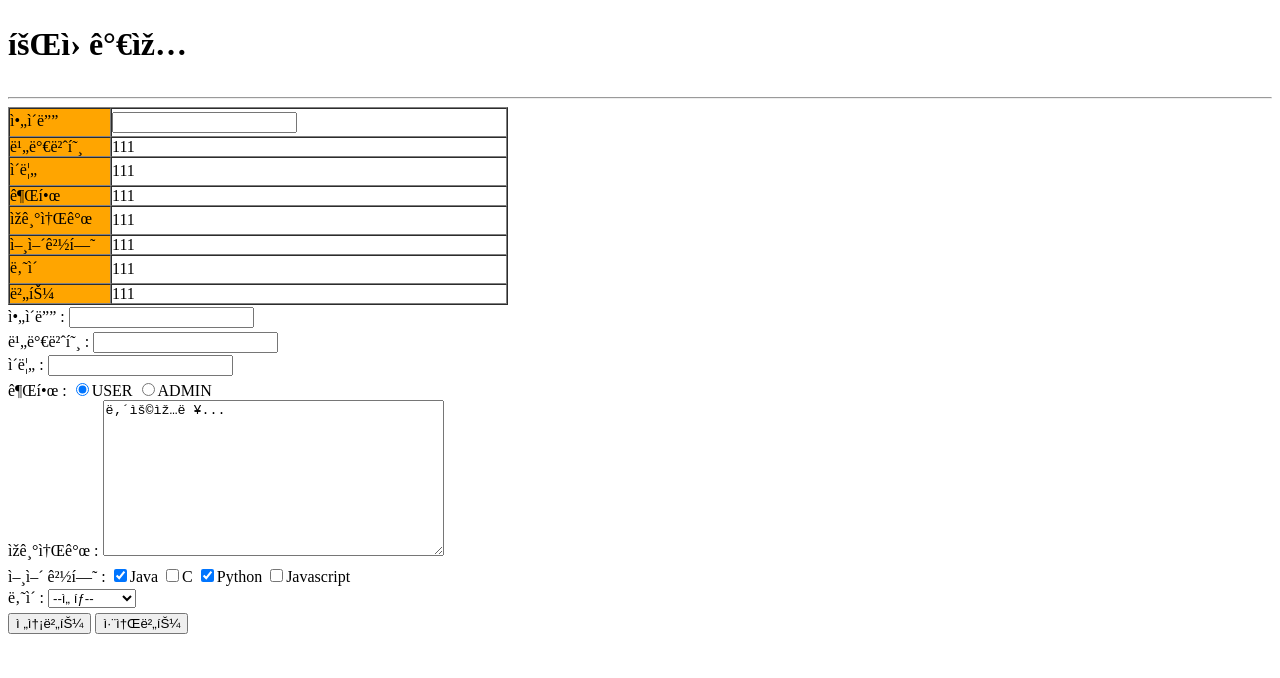
Repository: serim53/JSPStudy
Page: http://localhost/BoardWeb_JSP_/insertUser.jsp
These files come from the project's save history. The page is drawn as it stood at one moment and after the next save; the edit follows.
The browser window is 1280 px wide. The pictures show the whole page.
The page is served by Tomcat 10.

Above is the page before, as saved 2025-07-08 05:05:25.

After the next save:
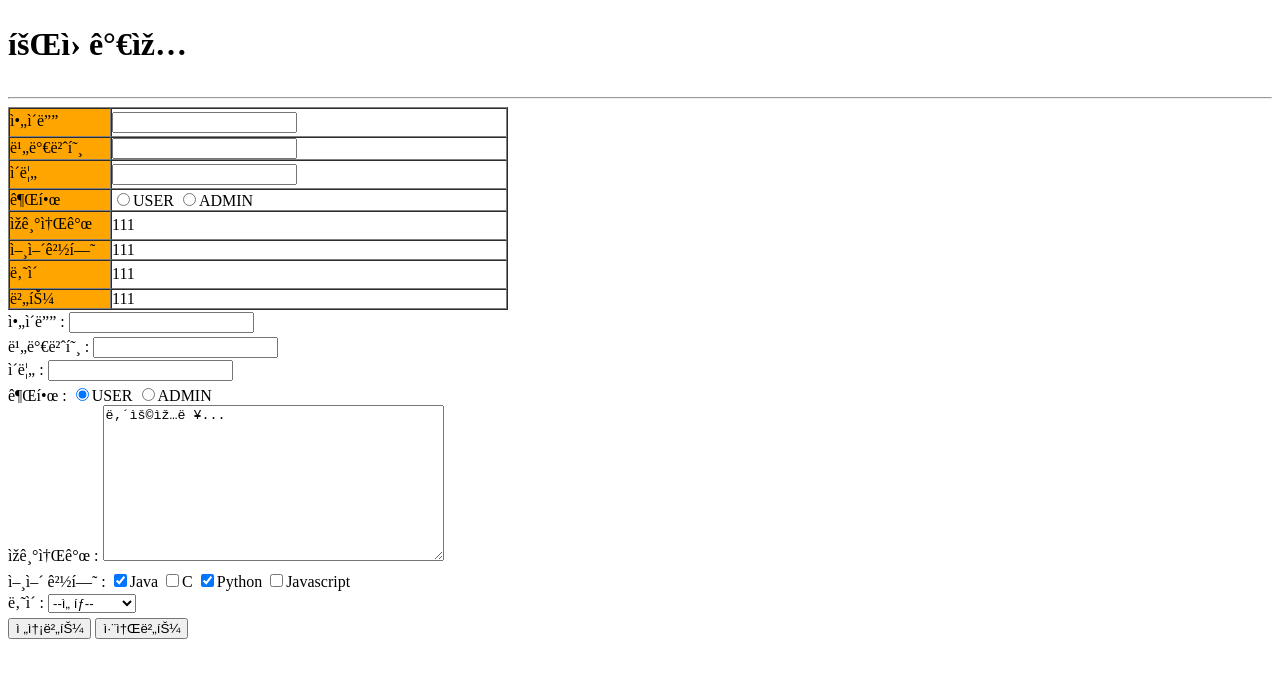
Saved 48 s later.
--- a/BoardWeb(JSP)/src/main/webapp/insertUser.jsp
+++ b/BoardWeb(JSP)/src/main/webapp/insertUser.jsp
@@ -16,15 +16,18 @@
 	</tr>
 	<tr>
 		<td bgcolor="orange">비밀번호</td>
-		<td>111</td>
+		<td><input type="text"/></td>
 	</tr>
 	<tr>
 		<td bgcolor="orange">이름</td>
-		<td>111</td>
+		<td><input type="text"/></td>
 	</tr>
 	<tr>
 		<td bgcolor="orange">권한</td>
-		<td>111</td>
+		<td>
+			<input name="role" type="radio" checked/>USER
+      		<input name="role" type="radio"/>ADMIN<br>
+    	</td>
 	</tr>
 	<tr>
 		<td bgcolor="orange">자기소개</td>
